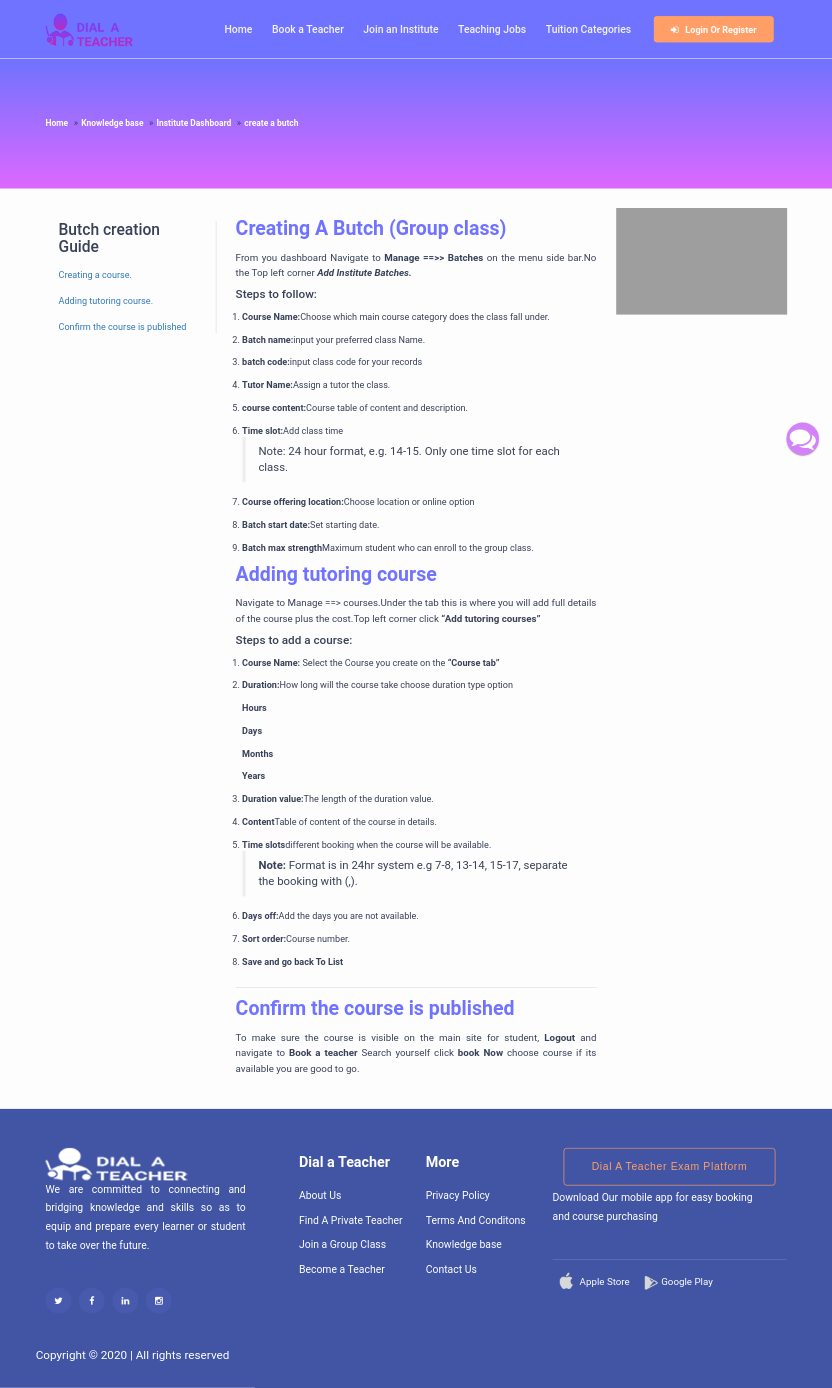
Repository: Samkiroko/DAT_knowledge
Page: knowledge_base/butch.html
These files come from the project's save history. The page is drawn as it stood at one moment and after the next save; the edit follows.
The browser window is 1280 px wide. The pictures show the whole page, at 65% of full size.
Pictures or frames that could not be fetched are drawn as grey boxes.

Above is the page before, as saved 2020-12-18 12:13:56.
Console error: TypeError: e.indexOf is not a function

After the next save:
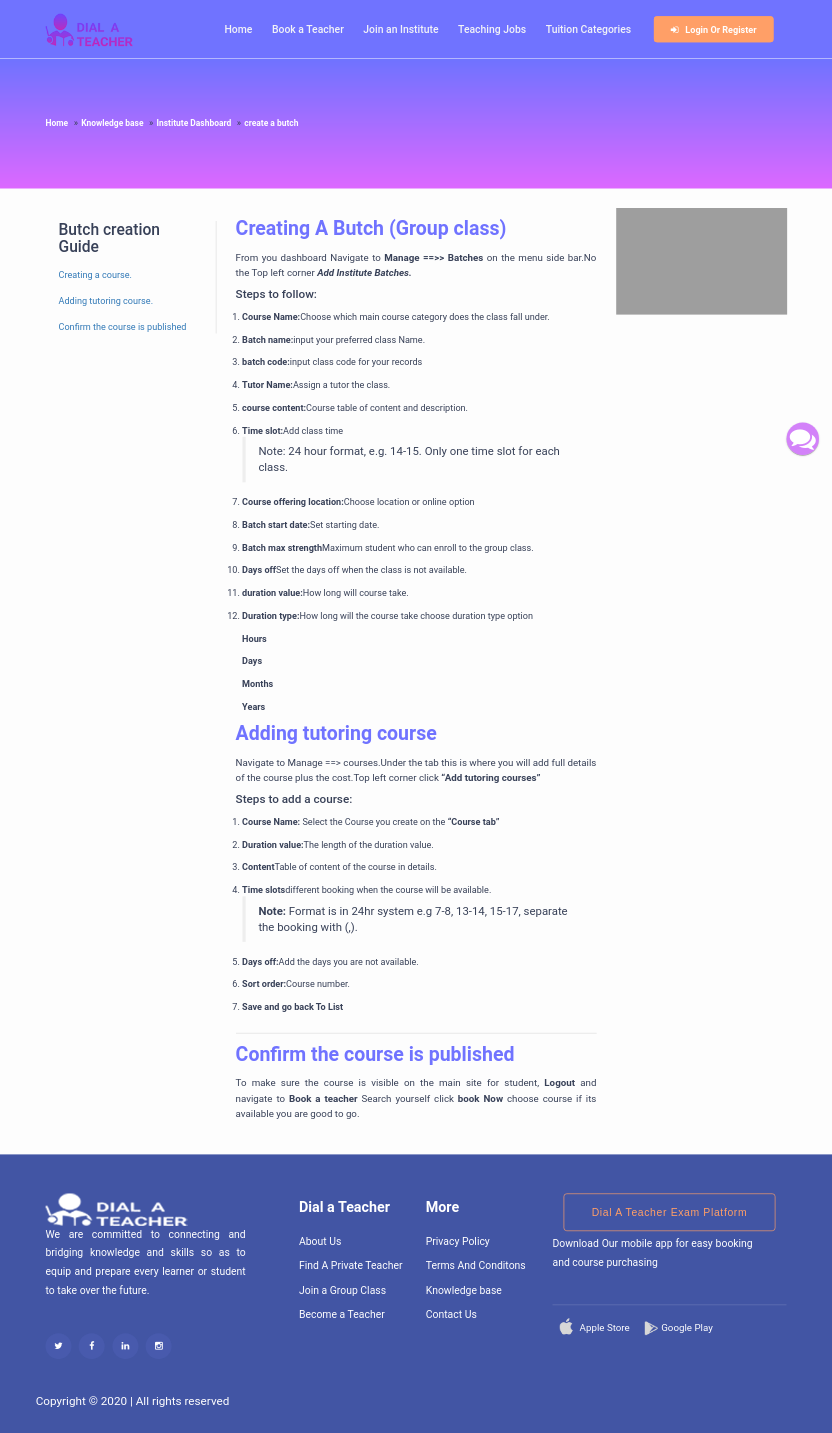
Saved 2 min 59 s later.
--- a/knowledge_base/butch.html
+++ b/knowledge_base/butch.html
@@ -167,7 +167,18 @@
                   </li>
                   <li><b>Course offering location:</b>Choose location or online option</li>
                   <li><b>Batch start date:</b>Set starting date. </li>
-                  <li><b>Batch max strength</b>Maximum student who can enroll to the group class.</li>
+                  <li><b>Batch max strength</b>Maximum student who can enroll to the group
+                    class.</li>
+                  <li><b>Days off</b>Set the days off when the class is not available.</li>
+                  <li><b>duration value:</b>How long will course take.</li>
+                  <li> <b>Duration type:</b>How long will the course take choose duration type option
+                    <ul>
+                      <li><b>Hours</b></li>
+                      <li><b>Days</b></li>
+                      <li><b>Months</b></li>
+                      <li><b>Years</b></li>
+                    </ul>
+                  </li>
                 </ol>
 
                 </p>
@@ -180,14 +191,7 @@
                   <h4>Steps to add a course:</h4>
                   <ol class="mwb-article-section__ordr-list">
                     <li> <b>Course Name:</b> Select the Course you create on the <b><q>Course tab</q></b></li>
-                    <li> <b>Duration:</b>How long will the course take choose duration type option
-                      <ul>
-                        <li><b>Hours</b></li>
-                        <li><b>Days</b></li>
-                        <li><b>Months</b></li>
-                        <li><b>Years</b></li>
-                      </ul>
-                    </li>
+
                     <li><b>Duration value:</b>The length of the duration value.</li>
                     <li><b>Content</b>Table of content of the course in details.</li>
                     <li><b>Time slots</b>different booking when the course will be available.
